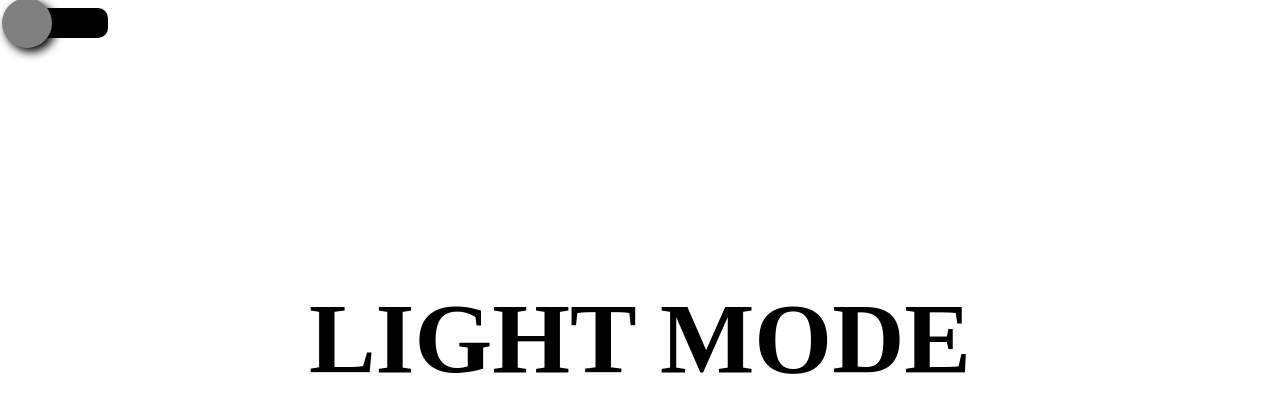
Repository: Eugene44-hub/darkmode-lightmode
Page: index.html
These files come from the project's save history. The page is drawn as it stood at one moment and after the next save; the edit follows.
The browser window is 1280 px wide. The pictures show the whole page.

Above is the page before, as saved 2021-09-13 02:01:01.

### index.html
<!DOCTYPE html>
<html lang="en">

<head>
    <meta charset="UTF-8">
    <meta http-equiv="X-UA-Compatible" content="IE=edge">
    <meta name="viewport" content="width=device-width, initial-scale=1.0">
    <title>Document</title>
    <link rel="stylesheet" href="style.css">
</head>

<body>

    <div class="box">
        <div class="circle"></div>
    </div>

    <div class="container">
        <p> Light mode</p>
    </div>

    <!-- <div class="square"></div>
    <div class="circle"></div> -->
    <script src="app.js"></script>
</body>

</html>

### style.css
body {
    height: 600px;
    transition: all 0.5s;
}

p {
    margin: auto;
    font-size: 30px;
    font-weight: bold;
    text-transform: uppercase;
    text-align: center;
    font-size: 100px;
    text-shadow: 2px;
}

.box {
    background-color: black;
    height: 30px;
    width: 100px;
    position: relative;
    transition: all 0.5s;
    border-radius: 10px;
}

.container {
    height: 600px;
    display: flex;
}

.circle {
    top: -10px;
    background-color: grey;
    height: 50px;
    width: 50px;
    box-shadow: 4px 4px 10px black;
    border-radius: 50%;
    position: absolute;
    left: -6px;
    transition: all 0.5s;
}

### app.js
const circle = document.querySelector('.circle');
const box = document.querySelector('.box');
const text = document.querySelector('p');
circle.addEventListener('click', e => {
    if (circle.style.left == '-6px') {
        document.body.style.backgroundColor = 'black';
        circle.style.left = '50px'
        box.style.backgroundColor = 'white'
        text.style.color = 'white';
        text.textContent = 'dark mode'

    } else {
        circle.style.left = '-6px'
        document.body.style.backgroundColor = 'white';
        text.style.color = 'black';
        box.style.backgroundColor = 'black';
        text.textContent = 'light mode';
    }
})

After the next save:
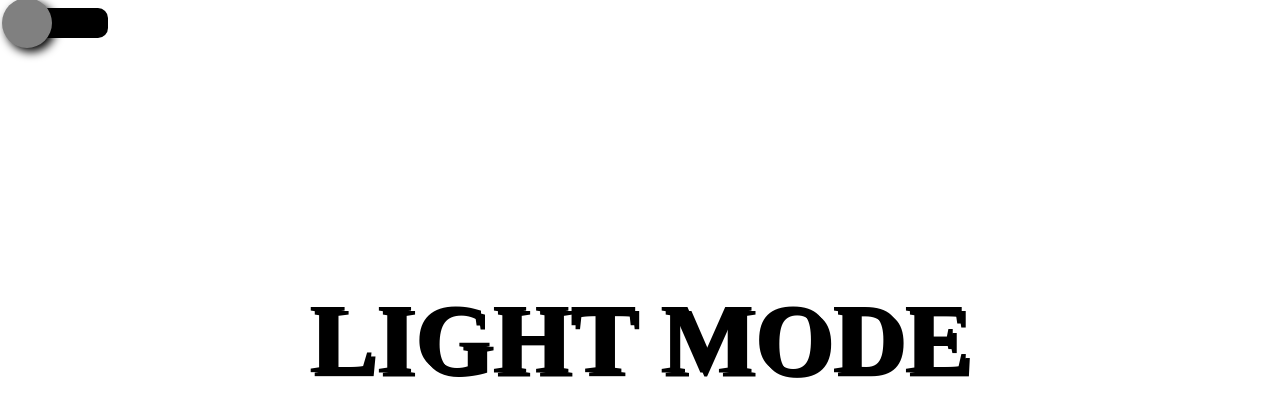
Saved 7 s later.
--- a/style.css
+++ b/style.css
@@ -10,7 +10,7 @@ p {
     text-transform: uppercase;
     text-align: center;
     font-size: 100px;
-    text-shadow: 2px;
+    text-shadow: 4px 4px;
 }
 
 .box {
